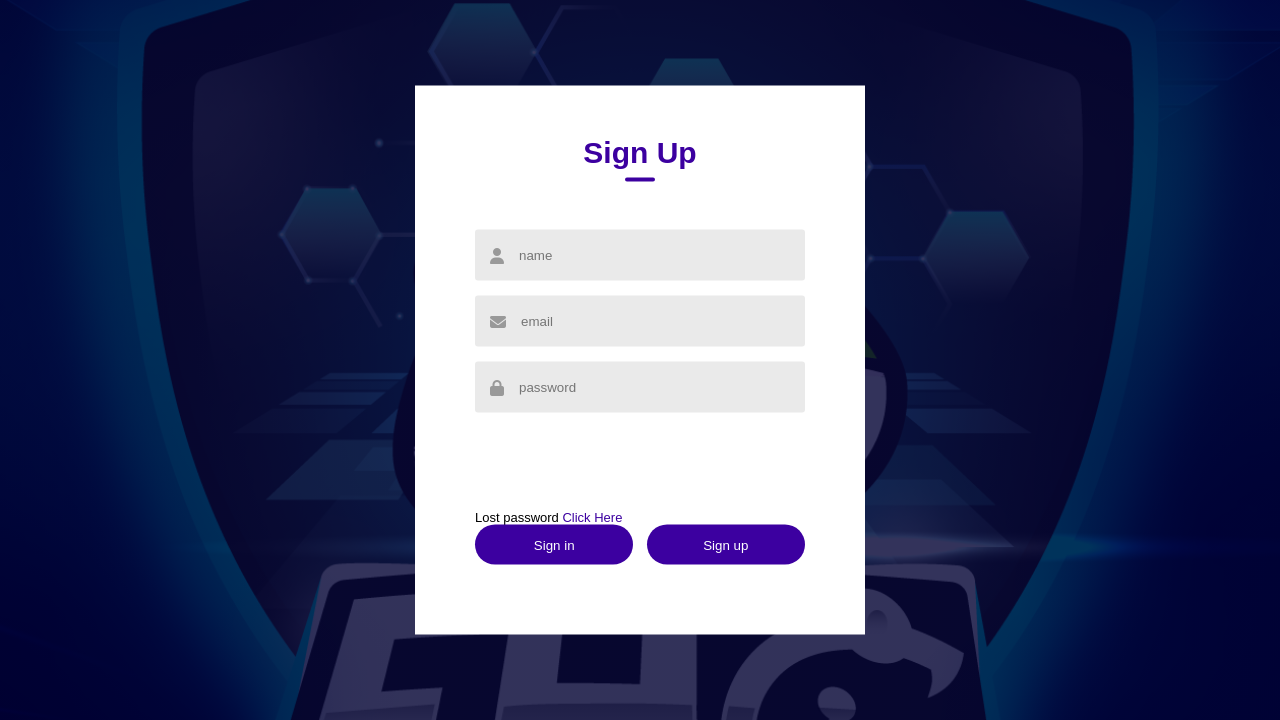
Repository: vietanhlek48/loginProject
Page: index.html
These files come from the project's save history. The page is drawn as it stood at one moment and after the next save; the edit follows.
The browser window is 1280 px wide. The pictures show the whole page.
Some web libraries are served in a nearby version.

Above is the page before, as saved 2023-02-16 01:03:03.

### index.html
<!DOCTYPE html>
<html lang="en">
<head>
    <meta charset="UTF-8">
    <meta http-equiv="X-UA-Compatible" content="IE=edge">
    <meta name="viewport" content="width=device-width, initial-scale=1.0">
    <title>EHC Login Page</title>
    <link rel="stylesheet" href="style.css">
    <script src="https://kit.fontawesome.com/e76348e85f.js" crossorigin="anonymous"></script>
</head>
<body>
    <div class="container">
        <div class="form-box">
            <h1>Sign Up</h1>
            <form>
                <div class="input-group">
                    <div class="input-field">
                        <i class="fa-solid fa-user"></i>
                        <input type="text" placeholder="name">
                    </div>

                    <div class="input-field">
                        <i class="fa-solid fa-envelope"></i>
                        <input type="email" placeholder="email">
                    </div>

                    <div class="input-field">
                        <i class="fa-solid fa-lock"></i>
                        <input type="password" placeholder="password">
                    </div>
                </div>
                <p>Lost password <a href="###">Click Here</a></p>


                <div class="btn-field">
                    <button typpe="button">Sign in</button>
                    <button typpe="button">Sign up</button>
                </div>
            </form>
        </div>

    </div>



</body>
</html>

### style.css
*{
    margin: 0;
    padding: 0;
    font-family: 'Poppins', sans-serif;
    box-sizing: border-box;
}

.container{
    width: 100%;
    height: 100vh;
    background-image: linear-gradient(rgba(0, 0, 50, 0.8), rgba(0, 0, 50, 0.8)), url(background.png);
    background-position: center;
    background-size: cover;
    position: fixed;
}

.form-box{
    width: 90%;
    max-width: 450px;
    position: absolute;
    top: 50%;
    left: 50%;
    transform: translate(-50%, -50%);
    background: #fff;
    padding: 50px 60px 70px;
    text-align: center;
}

.form-box h1{
    font-size: 30px;
    margin-bottom: 60px;
    color: #3c00a0;
    position: relative;
}

.form-box h1::after{
    content: '';
    width: 30px;
    height: 4px;
    border-radius: 3px;
    background: #3c00a0;
    position: absolute;
    bottom: -12px;
    left: 50%;
    transform: translateX(-50%);
}

.input-field{
    background: #eaeaea;
    margin: 15px 0;
    border-radius: 3px;
    display: flex;
    align-items: center;
}

input{
    width: 100px;
    background: transparent;
    border: 0;
    outline: 0;
    padding: 18px 15px;
}

.input-field i{
    margin-left: 15px;
    color: #999;
}

form p{
    text-align: left;
    font-size: 13px;
}

form p a{
    text-decoration: none;
    color: #3c00a0;
}

.btn-field{
    width: 100%;
    display: flex;
    justify-content: space-between;
}

.btn-field button{
    flex-basis: 48%;
    background: #3c00a0;
    color: #fff;
    height: 40px;
    border-radius: 20px;
    border: 0;
    outline: 0;
    cursor: pointer;
    transition: background 1s;
}

.input-group{
    height: 280px;

}

After the next save:
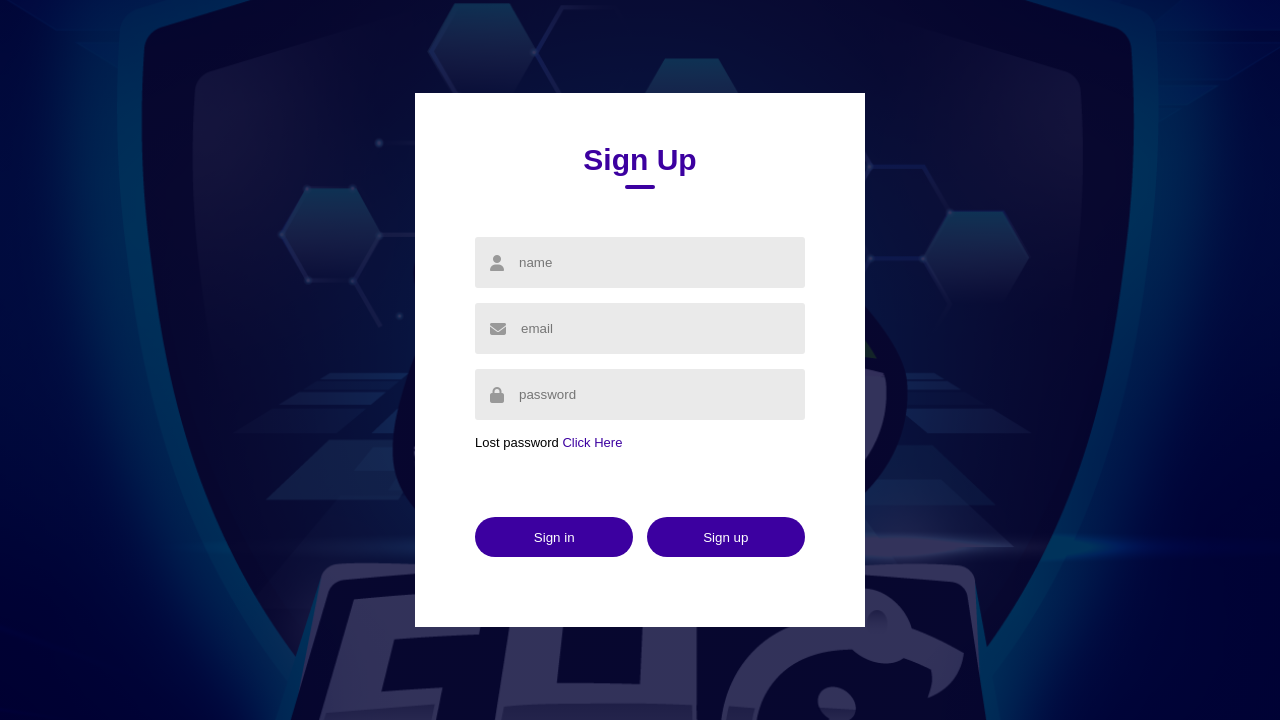
Saved 36 s later.
--- a/index.html
+++ b/index.html
@@ -28,8 +28,9 @@
                         <i class="fa-solid fa-lock"></i>
                         <input type="password" placeholder="password">
                     </div>
+                    <p>Lost password <a href="###">Click Here</a></p>
                 </div>
-                <p>Lost password <a href="###">Click Here</a></p>
+
 
 
                 <div class="btn-field">
